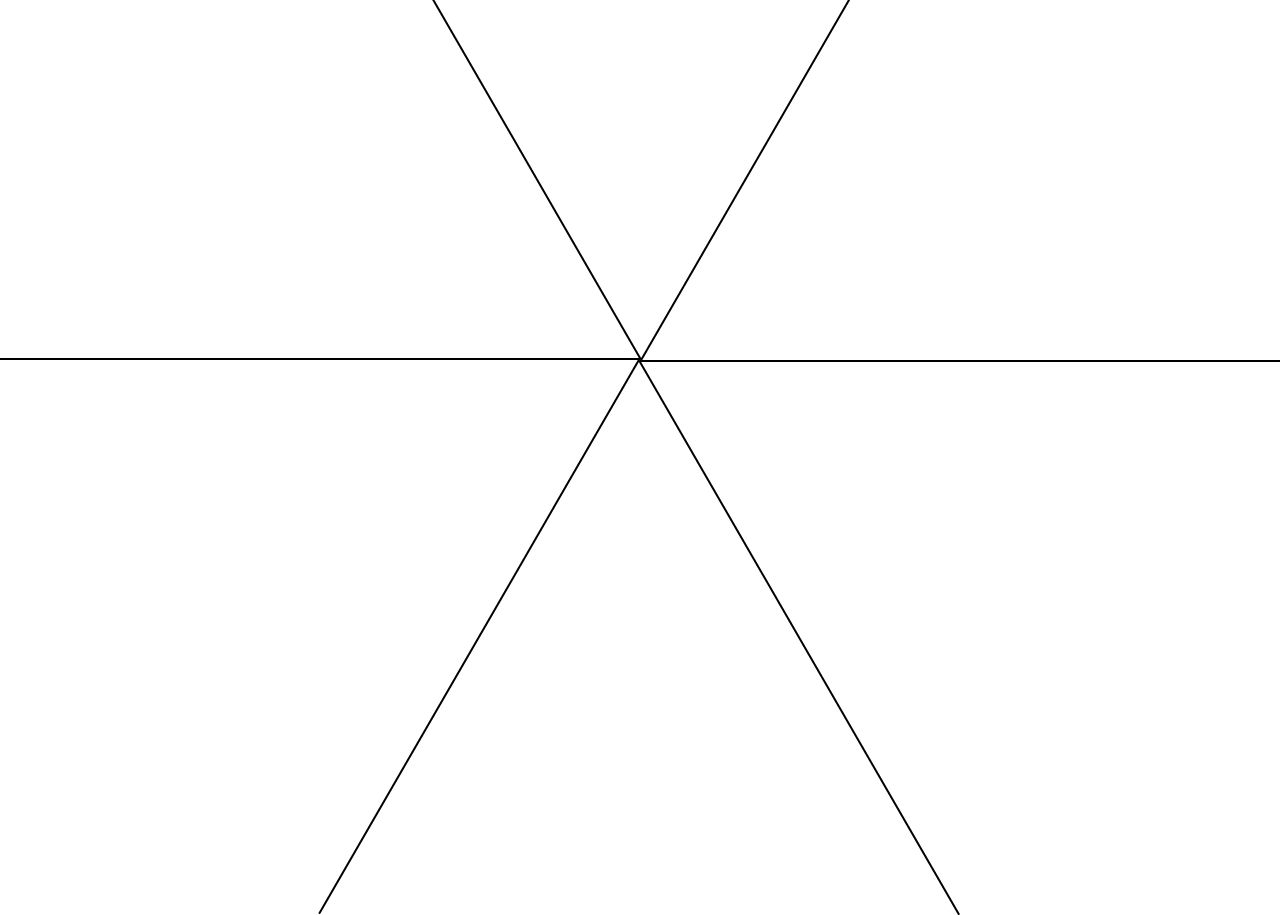
Repository: Lungdjos/ferris_wheel
Page: index.html
An editor plug-in stored every save of this project. The page is shown before and after the next save, followed by the edit.
The browser window is 1280 px wide. The pictures show the whole page.

Above is the page before, as saved 2024-01-11 08:55:18.

After the next save:
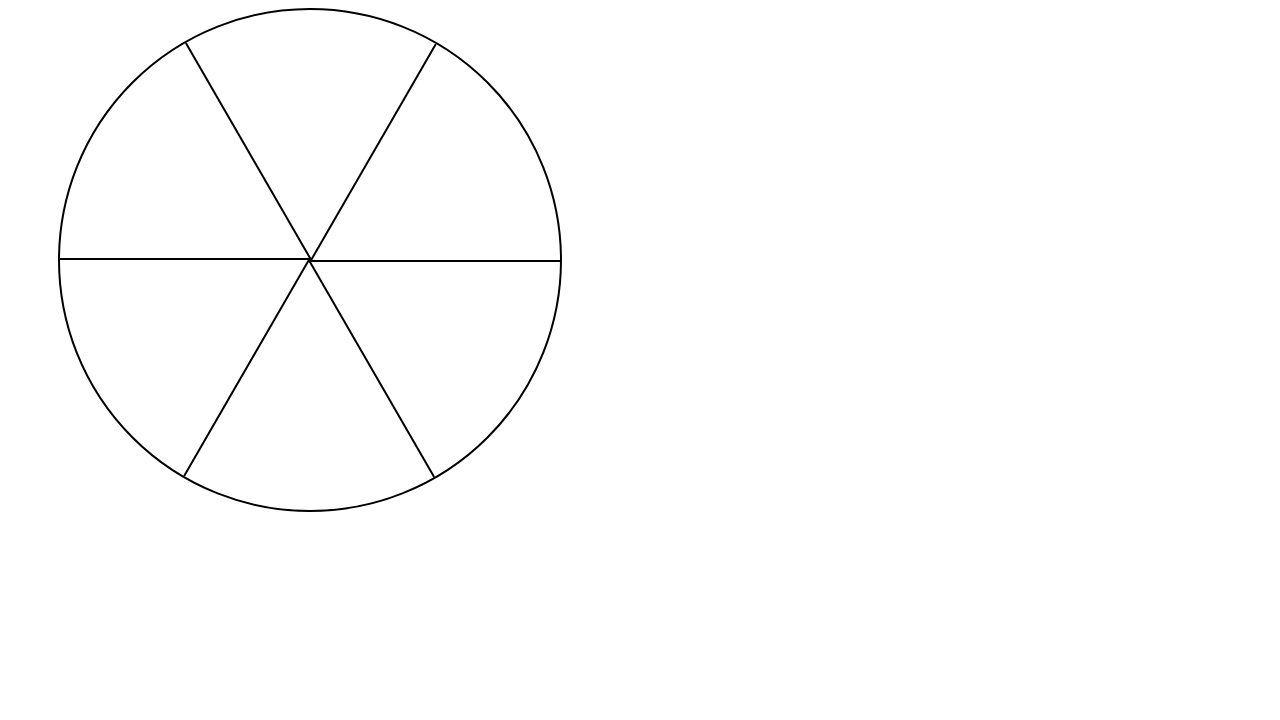
Saved 7 s later.
--- a/styles.css
+++ b/styles.css
@@ -1,4 +1,6 @@
-gfs .wheel {
+/* gfs */
+
+.wheel {
     border: 2px solid black;
     border-radius: 50%;
     margin-left: 50px;
